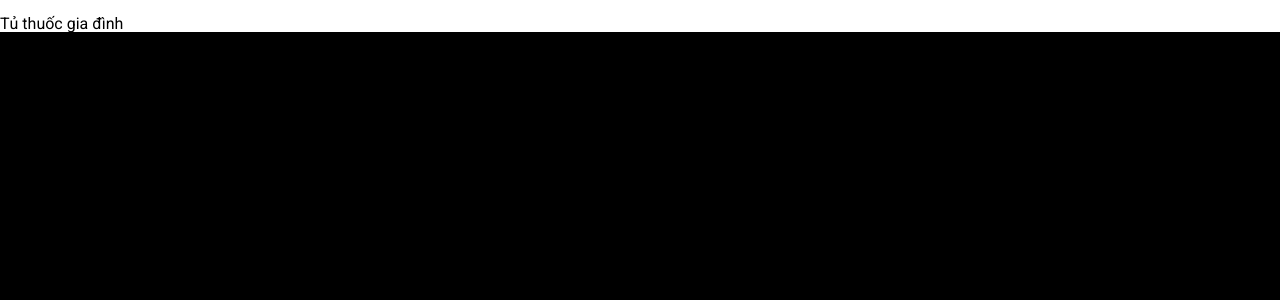
Repository: cuongnguyen1116/Cut-Template
Page: article-card/home_medical_box.html
These files come from the project's save history. The page is drawn as it stood at one moment and after the next save; the edit follows.
The browser window is 1280 px wide. The pictures show the whole page.
The style sheet was rebuilt from its Sass, Less or Tailwind sources for each picture, by a compiler version that may differ from the author's.

Above is the page before, as saved 2023-07-21 09:39:03.
Not found: article-card/image/home_medical_box/ic_round-medical-services.svg

After the next save:
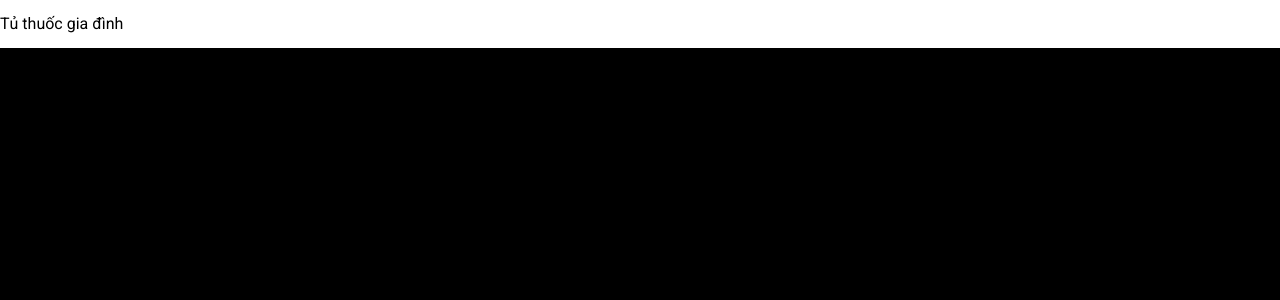
Not found: article-card/image/home_medical_box/5f354043249f710ee4dd892773dd0845.png
Saved 3 min 23 s later.
--- a/article-card/home_medical_box.html
+++ b/article-card/home_medical_box.html
@@ -16,7 +16,17 @@
         />
         <h3>Tủ thuốc gia đình</h3>
       </div>
-      <div class="box__middle"></div>
+      <div class="box__middle">
+        <div class="box__video"></div>
+        <div class="box__info">
+          <div class="box__info-image">
+            <img
+              src="./image/home_medical_box/5f354043249f710ee4dd892773dd0845.png"
+              alt=""
+            />
+          </div>
+        </div>
+      </div>
       <div class="box__bottom"></div>
     </div>
   </body>
